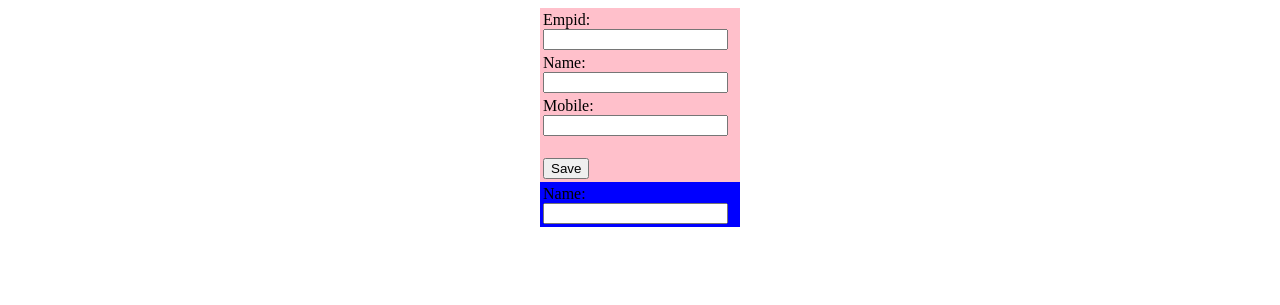
Repository: Suknaina/Repo
Page: MockServlet/src/main/webapp/Home.html
The author's editor kept a copy of each file at every save. The page is drawn from the files as they stood at one save, then again after the next save.
The browser window is 1280 px wide. The pictures show the whole page.

Above is the page before, as saved 2023-05-23 17:17:22.

After the next save:
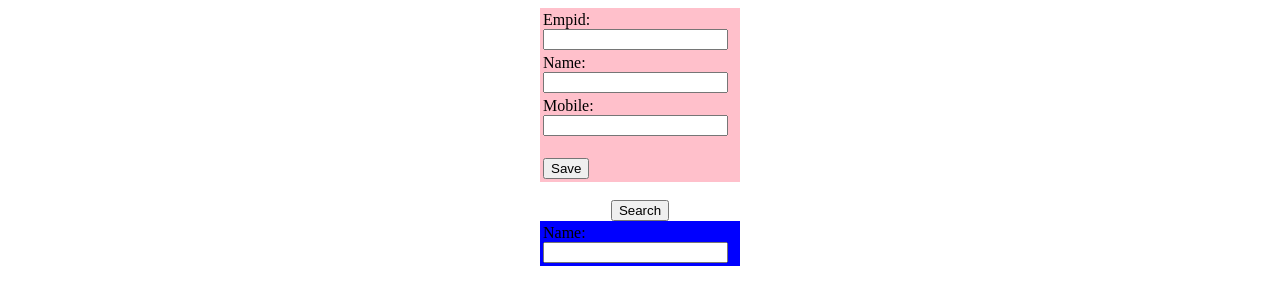
Saved 36 s later.
--- a/MockServlet/src/main/webapp/Home.html
+++ b/MockServlet/src/main/webapp/Home.html
@@ -28,13 +28,14 @@
 				</tr>
 			</table>
 		</form>
-
+		<br>
 		<form action="">
 			<table bgcolor="blue" width="200px">
 			<tr>
 					<td>Name: <input type="text" name="name"><br>
 					</td>
 				</tr>
+				<button>Search</button>
 			</table>
 		</form>
 	</center>
